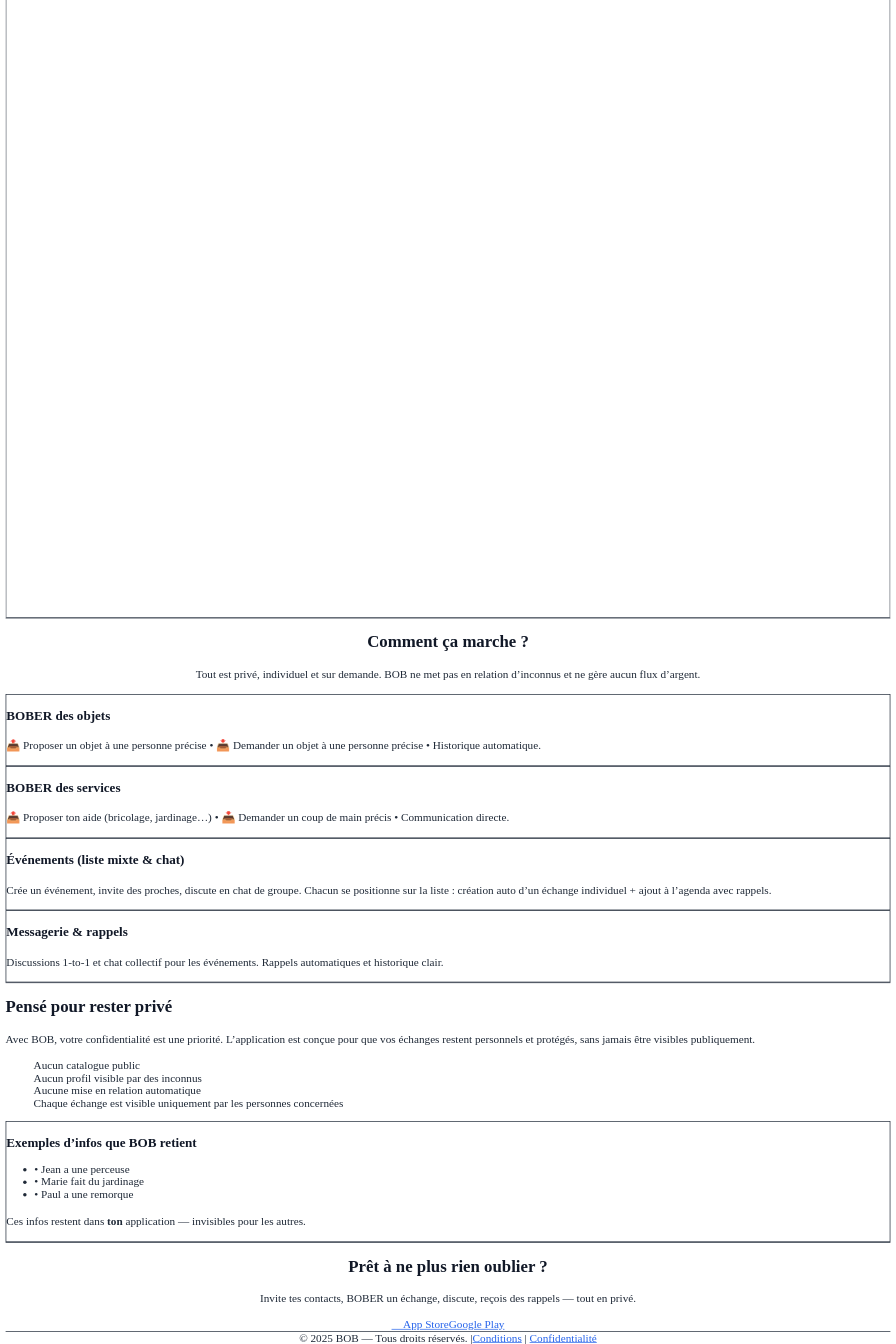
Repository: JeanCharlesMEILLAND/new-bob
Page: /
An editor plug-in stored every save of this project. The page is shown before and after the next save, followed by the edit.
The browser window is 1280 px wide. The pictures show the part of the page from y = 1519 to 3439 px (the page is 3439 px tall), at 70% of full size.
The project was rebuilt for these pictures with package versions that can differ from the ones it lists, and the page was loaded fresh each time. The framework's server and built-in components were replaced by stand-ins that run in the browser. Also part of the build but not shown: next.config.ts.

Above is the page before, as saved 2025-08-12 00:03:37.

### src/app/layout.tsx
import type { Metadata } from "next";
import Link from "next/link";
import "./globals.css";

export const metadata: Metadata = {
  title: "BOB — Carnet privé d’échanges entre proches",
  description:
    "BOB est un pense-bête privé pour proposer ou demander (BOBER) des objets ou coups de main entre contacts invités, en toute confidentialité. Aucun flux d'argent, aucun catalogue public.",
  metadataBase: new URL("https://www.bobapp.fr"), // à remplacer par ton domaine réel
  openGraph: {
    title: "BOB — Carnet privé d’échanges entre proches",
    description:
      "Gérez vos échanges d'objets et coups de main entre proches avec messagerie, rappels et événements privés. 100% confidentiel.",
    url: "https://www.bobapp.fr",
    siteName: "BOB",
    images: [
      {
        url: "/og-bob.png", // placer ton image dans public/
        width: 1200,
        height: 630,
        alt: "BOB — Carnet privé d’échanges entre proches",
      },
    ],
    locale: "fr_FR",
    type: "website",
  },
  twitter: {
    card: "summary_large_image",
    title: "BOB — Carnet privé d’échanges entre proches",
    description:
      "Proposez, demandez, organisez : BOB gère vos échanges entre proches en toute confidentialité.",
    images: ["/og-bob.png"],
  },
  alternates: {
    canonical: "https://www.bobapp.fr",
  },
};

export default function RootLayout({ children }: { children: React.ReactNode }) {
  return (
    <html lang="fr">
      <body className="antialiased bg-white text-gray-900">
        {/* HEADER STICKY */}
        <header className="sticky top-0 z-50 backdrop-blur bg-white/95 border-b border-gray-200 shadow-sm">
          <div className="max-w-7xl mx-auto px-4 sm:px-6 lg:px-8 h-16 flex items-center justify-between">
            {/* Logo */}
            <Link href="/" className="flex items-center gap-2">
              <div className="h-8 w-8 rounded-lg bg-indigo-600 grid place-items-center text-white font-bold">
                B
              </div>
              <span className="font-semibold tracking-tight">BOB</span>
            </Link>

            {/* Navigation */}
            <nav className="hidden md:flex items-center gap-6">
              <a href="#fonctionnement" className="text-sm text-gray-800 hover:text-indigo-700">
                Fonctionnement
              </a>
              <a href="#prive" className="text-sm text-gray-800 hover:text-indigo-700">
                Privé par design
              </a>
              <a href="#telecharger" className="text-sm text-gray-800 hover:text-indigo-700">
                Télécharger
              </a>
              <Link href="/conditions-utilisation" className="text-sm text-gray-800 hover:text-indigo-700">
                Conditions
              </Link>
              <Link href="/confidentialite" className="text-sm text-gray-800 hover:text-indigo-700">
                Confidentialité
              </Link>
            </nav>

            {/* CTA */}
            <a
              href="#telecharger"
              className="px-4 py-2 rounded-md bg-indigo-600 text-white text-sm font-medium hover:bg-indigo-700 focus:ring-2 focus:ring-offset-2 focus:ring-indigo-500"
            >
              Commencer
            </a>
          </div>
        </header>

        {/* CONTENU */}
        <main className="bg-white text-gray-900">{children}</main>

        {/* FOOTER */}
        <footer className="py-6 border-t border-gray-200 text-center text-sm text-gray-700">
          © {new Date().getFullYear()} BOB — Tous droits réservés. |
          <Link href="/conditions-utilisation" className="text-indigo-600 hover:underline ml-1">
            Conditions
          </Link>{" "}
          |{" "}
          <Link href="/confidentialite" className="text-indigo-600 hover:underline">
            Confidentialité
          </Link>
        </footer>
      </body>
    </html>
  );
}

### src/app/page.tsx
export default function Page() {
  return (
    <main className="bg-white text-gray-900">
      {/* Hero */}
      <section className="relative overflow-hidden bg-gradient-to-b from-indigo-50 to-white">
        <div className="max-w-7xl mx-auto px-4 sm:px-6 lg:px-8 py-20 lg:py-28 grid lg:grid-cols-2 gap-12 items-center">
          <div>
            <h1 className="text-4xl sm:text-5xl font-extrabold text-gray-900">
              BOBER tes échanges <span className="text-indigo-700">entre proches</span>
            </h1>
            <p className="mt-6 text-lg text-gray-800 leading-relaxed">
              BOB est ton carnet privé pour <strong>proposer</strong> ou <strong>demander</strong> des objets,
              des coups de main ou organiser des événements — le tout en privé et uniquement avec tes contacts invités.
            </p>
            <div className="mt-8 flex flex-wrap gap-4">
              <a
                href="#fonctionnement"
                className="px-6 py-3 rounded-md bg-indigo-700 text-white font-semibold hover:bg-indigo-800 focus:ring-2 focus:ring-offset-2 focus:ring-indigo-500"
              >
                Découvrir
              </a>
              <a
                href="#telecharger"
                className="px-6 py-3 rounded-md border border-gray-300 text-gray-800 font-semibold hover:bg-gray-50 focus:ring-2 focus:ring-offset-2 focus:ring-indigo-500"
              >
                Télécharger l’app
              </a>
            </div>
          </div>
          <div className="relative">
            <div className="aspect-[9/16] w-72 sm:w-80 md:w-96 mx-auto rounded-3xl border border-gray-300 bg-white shadow-lg p-4">
              <div className="h-10 rounded-lg bg-indigo-100 grid place-items-center text-indigo-800 text-sm font-medium">
                Nouvelle demande → “Perceuse”
              </div>
              <div className="mt-4 p-4 rounded-lg bg-gray-50">
                <p className="text-sm font-medium text-gray-900">À : Jean</p>
                <p className="text-xs text-gray-700">Retour le 12/09 — rappel auto</p>
              </div>
              <div className="mt-4 p-4 rounded-lg bg-gray-50">
                <p className="text-sm font-medium text-gray-900">Historique</p>
                <p className="text-xs text-gray-700">Paul (remorque) — rendu ✓</p>
              </div>
            </div>
          </div>
        </div>
      </section>

      {/* Fonctionnement */}
      <section id="fonctionnement" className="py-20 border-t border-gray-200">
        <div className="max-w-7xl mx-auto px-4 sm:px-6 lg:px-8">
          <div className="text-center max-w-3xl mx-auto">
            <h2 className="text-3xl font-bold tracking-tight text-gray-900">Comment ça marche ?</h2>
            <p className="mt-3 text-gray-800 leading-relaxed">
              Tout est privé, individuel et sur demande. BOB ne met pas en relation d’inconnus et ne gère aucun flux d’argent.
            </p>
          </div>

          <div className="mt-12 grid gap-6 sm:grid-cols-2 lg:grid-cols-4">
            {[
              {
                title: "BOBER des objets",
                desc: "📤 Proposer un objet à une personne précise • 📥 Demander un objet à une personne précise • Historique automatique.",
              },
              {
                title: "BOBER des services",
                desc: "📤 Proposer ton aide (bricolage, jardinage…) • 📥 Demander un coup de main précis • Communication directe.",
              },
              {
                title: "Événements (liste mixte & chat)",
                desc: "Crée un événement, invite des proches, discute en chat de groupe. Chacun se positionne sur la liste : création auto d’un échange individuel + ajout à l’agenda avec rappels.",
              },
              {
                title: "Messagerie & rappels",
                desc: "Discussions 1-to-1 et chat collectif pour les événements. Rappels automatiques et historique clair.",
              },
            ].map((f) => (
              <div
                key={f.title}
                className="rounded-xl border border-gray-300 bg-white p-6 shadow-sm hover:shadow-md transition"
              >
                <h3 className="font-semibold text-gray-900">{f.title}</h3>
                <p className="mt-2 text-sm text-gray-800 leading-relaxed">{f.desc}</p>
              </div>
            ))}
          </div>
        </div>
      </section>

      {/* Pensé pour rester privé */}
      <section id="prive" className="py-20 bg-gray-50 border-y border-gray-300">
        <div className="max-w-7xl mx-auto px-4 sm:px-6 lg:px-8 grid lg:grid-cols-2 gap-12 items-center">
          <div>
            <h2 className="text-3xl font-bold tracking-tight text-gray-900">Pensé pour rester privé</h2>
            <p className="mt-4 text-gray-800 leading-relaxed">
              Avec BOB, votre confidentialité est une priorité. L’application est conçue pour que vos échanges restent personnels et protégés, sans jamais être visibles publiquement.
            </p>
            <ul className="mt-6 space-y-3 text-gray-800">
              {[
                "Aucun catalogue public",
                "Aucun profil visible par des inconnus",
                "Aucune mise en relation automatique",
                "Chaque échange est visible uniquement par les personnes concernées",
              ].map((item) => (
                <li key={item} className="flex gap-3">
                  <span className="mt-1 inline-block h-2 w-2 bg-indigo-700 rounded-full" />
                  <span>{item}</span>
                </li>
              ))}
            </ul>
          </div>
          <div className="rounded-2xl border border-gray-300 bg-white p-6 shadow-sm">
            <h3 className="font-semibold text-gray-900">Exemples d’infos que BOB retient</h3>
            <ul className="mt-4 space-y-2 text-sm text-gray-800">
              <li>• Jean a une perceuse</li>
              <li>• Marie fait du jardinage</li>
              <li>• Paul a une remorque</li>
            </ul>
            <p className="mt-4 text-sm text-gray-700">
              Ces infos restent dans <strong>ton</strong> application — invisibles pour les autres.
            </p>
          </div>
        </div>
      </section>

      {/* CTA */}
      <section id="telecharger" className="py-20 text-center bg-white">
        <h2 className="text-3xl font-bold tracking-tight text-gray-900">Prêt à ne plus rien oublier ?</h2>
        <p className="mt-3 text-gray-800 leading-relaxed">
          Invite tes contacts, BOBER un échange, discute, reçois des rappels — tout en privé.
        </p>
        <div className="mt-8 flex flex-wrap justify-center gap-4">
          <a
            href="#"
            className="px-6 py-3 rounded-md bg-indigo-700 text-white font-semibold hover:bg-indigo-800 focus:ring-2 focus:ring-offset-2 focus:ring-indigo-500"
          >
             App Store
          </a>
          <a
            href="#"
            className="px-6 py-3 rounded-md bg-green-600 text-white font-semibold hover:bg-green-700 focus:ring-2 focus:ring-offset-2 focus:ring-green-500"
          >
            Google Play
          </a>
        </div>
      </section>
    </main>
  );
}

### src/app/globals.css
@tailwind base;
@tailwind components;
@tailwind utilities;

/* Forcer un fond clair par défaut */
html, body {
  height: 100%;
  background-color: #ffffff;
  color: #1f2937; /* text-gray-800 */
}

/* Améliorer la lisibilité des paragraphes */
p {
  line-height: 1.6;
}

/* Contraste sur les titres */
h1, h2, h3 {
  color: #111827; /* text-gray-900 */
}

/* Contraste des liens */
a {
  color: #2563eb; /* text-blue-600 */
}
a:hover {
  color: #1d4ed8; /* text-blue-700 */
}

After the next save:
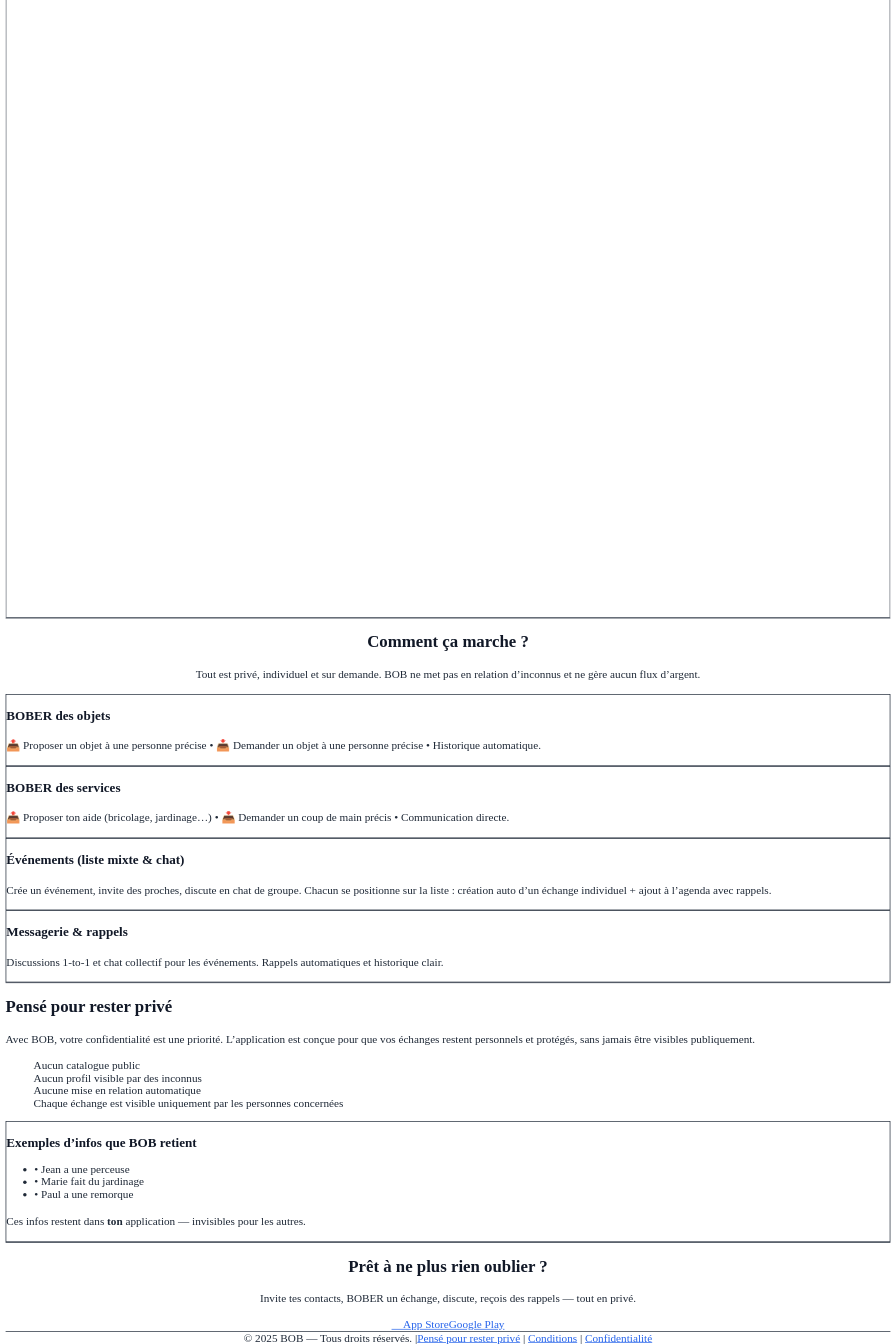
Saved 22 s later.
--- a/src/app/layout.tsx
+++ b/src/app/layout.tsx
@@ -6,7 +6,7 @@
   title: "BOB — Carnet privé d’échanges entre proches",
   description:
     "BOB est un pense-bête privé pour proposer ou demander (BOBER) des objets ou coups de main entre contacts invités, en toute confidentialité. Aucun flux d'argent, aucun catalogue public.",
-  metadataBase: new URL("https://www.bobapp.fr"), // à remplacer par ton domaine réel
+  metadataBase: new URL("https://www.bobapp.fr"), // Remplace par ton domaine réel
   openGraph: {
     title: "BOB — Carnet privé d’échanges entre proches",
     description:
@@ -15,7 +15,7 @@
     siteName: "BOB",
     images: [
       {
-        url: "/og-bob.png", // placer ton image dans public/
+        url: "/og-bob.png",
         width: 1200,
         height: 630,
         alt: "BOB — Carnet privé d’échanges entre proches",
@@ -57,7 +57,7 @@
                 Fonctionnement
               </a>
               <a href="#prive" className="text-sm text-gray-800 hover:text-indigo-700">
-                Privé par design
+                Pensé pour rester privé
               </a>
               <a href="#telecharger" className="text-sm text-gray-800 hover:text-indigo-700">
                 Télécharger
@@ -86,7 +86,11 @@
         {/* FOOTER */}
         <footer className="py-6 border-t border-gray-200 text-center text-sm text-gray-700">
           © {new Date().getFullYear()} BOB — Tous droits réservés. |
-          <Link href="/conditions-utilisation" className="text-indigo-600 hover:underline ml-1">
+          <a href="#prive" className="text-indigo-600 hover:underline ml-1">
+            Pensé pour rester privé
+          </a>{" "}
+          |{" "}
+          <Link href="/conditions-utilisation" className="text-indigo-600 hover:underline">
             Conditions
           </Link>{" "}
           |{" "}
